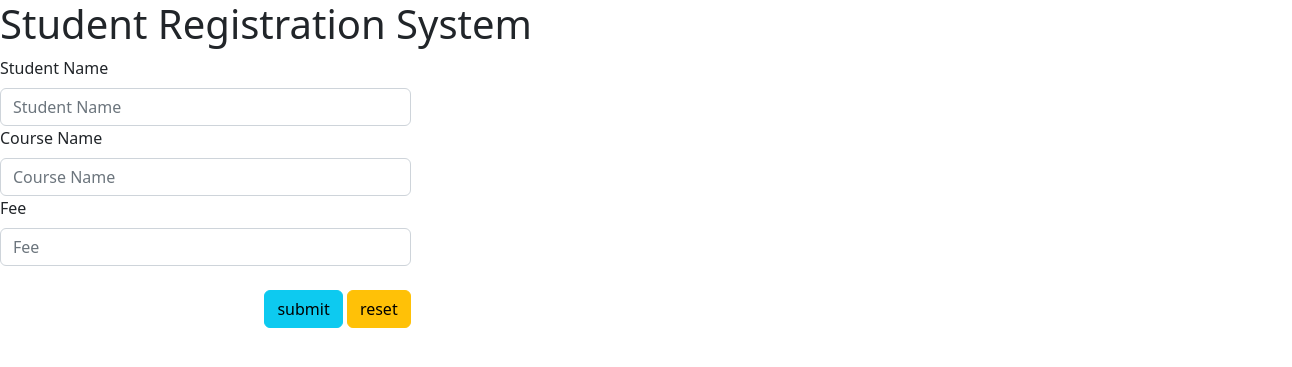
Repository: minhnhien2212/self-study
Page: http://localhost/StudentRegistration/
The author's editor kept a copy of each file at every save. The page is drawn from the files as they stood at one save, then again after the next save.
The browser window is 1280 px wide. The page is 1292 px wide, so the pictures cover 1292 px, including what lies to the right of the window. The pictures show the whole page.
The page is served by Tomcat 9.

Above is the page before, as saved 2022-11-21 03:27:05.

### StudentRegistration/src/main/webapp/index.jsp
<%@ page language="java" contentType="text/html; charset=UTF-8"
    pageEncoding="UTF-8"%>
<!DOCTYPE html>
<html>
<head>
<meta charset="UTF-8">
<title>Insert title here</title>
<link href="https://cdn.jsdelivr.net/npm/bootstrap@5.2.2/dist/css/bootstrap.min.css" rel="stylesheet" integrity="sha384-Zenh87qX5JnK2Jl0vWa8Ck2rdkQ2Bzep5IDxbcnCeuOxjzrPF/et3URy9Bv1WTRi" crossorigin="anonymous">
<script src="https://cdn.jsdelivr.net/npm/@popperjs/core@2.11.6/dist/umd/popper.min.js" integrity="sha384-oBqDVmMz9ATKxIep9tiCxS/Z9fNfEXiDAYTujMAeBAsjFuCZSmKbSSUnQlmh/jp3" crossorigin="anonymous"></script>
<script src="https://cdn.jsdelivr.net/npm/bootstrap@5.2.2/dist/js/bootstrap.min.js" integrity="sha384-IDwe1+LCz02ROU9k972gdyvl+AESN10+x7tBKgc9I5HFtuNz0wWnPclzo6p9vxnk" crossorigin="anonymous"></script>
</head>
<body>
	<h1>Student Registration System</h1>

	<div class="row">
		<div class="col-sm-4">
			<form action="#" method="POST">

				<div align="left">
					<label class="form-label">Student Name</label>
					<input type="text" class="form-control" placeholder="Student Name" name="name" id="name" required>
				</div>

				<div align="left">
					<label class="form-label">Course Name</label>
					<input type="text" class="form-control" placeholder="Course Name" name="course" id="course" required>
				</div>

				<div align="left">
					<label class="form-label">Fee</label>
					<input type="text" class="form-control" placeholder="Fee" name="fee" id="fee" required>
				</div>
				<br>
				<div align="right">
					<input type="submit" id="submit" value="submit" name="submit" class="btn btn-info">
					<input type="reset" id="reset" value="reset" name="reset" class="btn btn-warning">

				</div>
			</form>
		</div>

		<div class="col-sm-8">

		</div>


	</div>
</body>
</html>

After the next save:
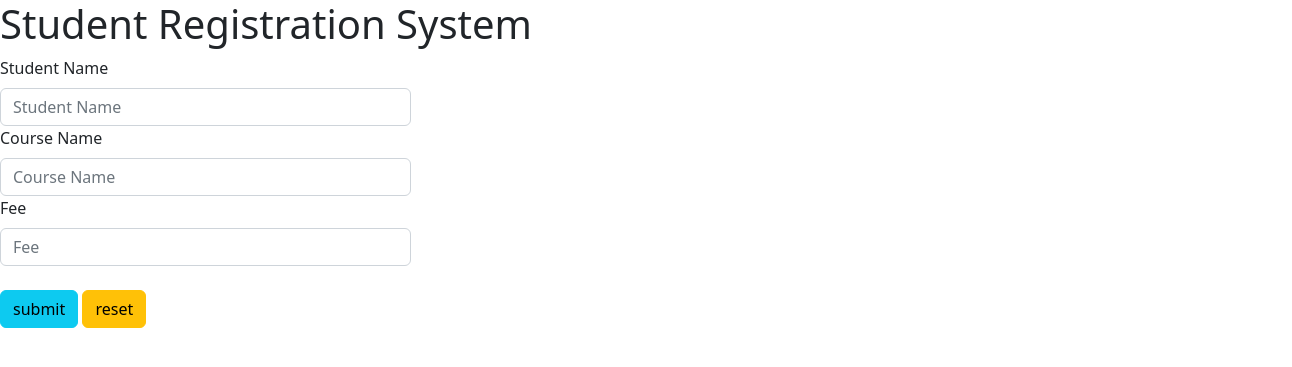
Saved 9 min 46 s later.
--- a/StudentRegistration/src/main/webapp/index.jsp
+++ b/StudentRegistration/src/main/webapp/index.jsp
@@ -31,7 +31,7 @@
 					<input type="text" class="form-control" placeholder="Fee" name="fee" id="fee" required>
 				</div>
 				<br>
-				<div align="right">
+				<div align="left">
 					<input type="submit" id="submit" value="submit" name="submit" class="btn btn-info">
 					<input type="reset" id="reset" value="reset" name="reset" class="btn btn-warning">
 
